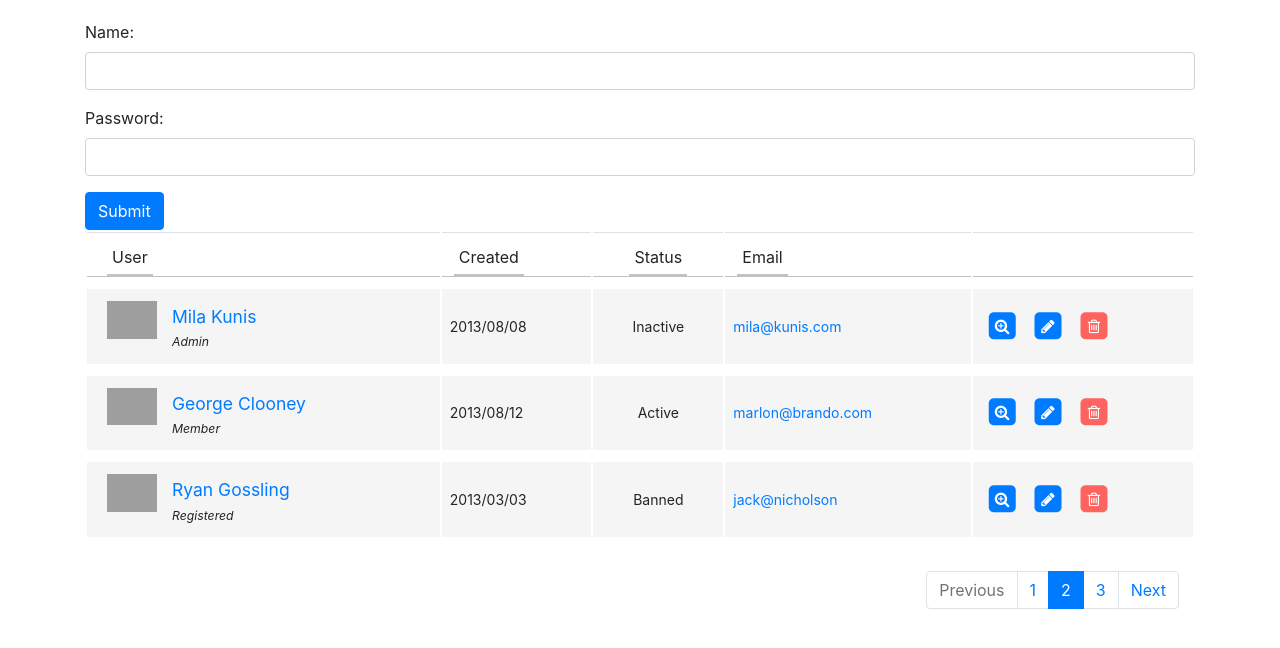
Repository: tienhoang123/Demo
Page: http://localhost/User/WEB-INF/views/home.jsp
These files come from the project's save history. The page is drawn as it stood at one moment and after the next save; the edit follows.
The browser window is 1280 px wide. The pictures show the whole page.
Pictures or frames that could not be fetched are drawn as grey boxes. Some web libraries are served in a nearby version. The page is served by Tomcat 9. Nobody is signed in. The template is opened directly, without the code that normally fills it, so the values that code supplies are empty.

Above is the page before, as saved 2019-10-14 06:42:55.
Console error: TypeError: Cannot read properties of undefined (reading 'fn')

After the next save:
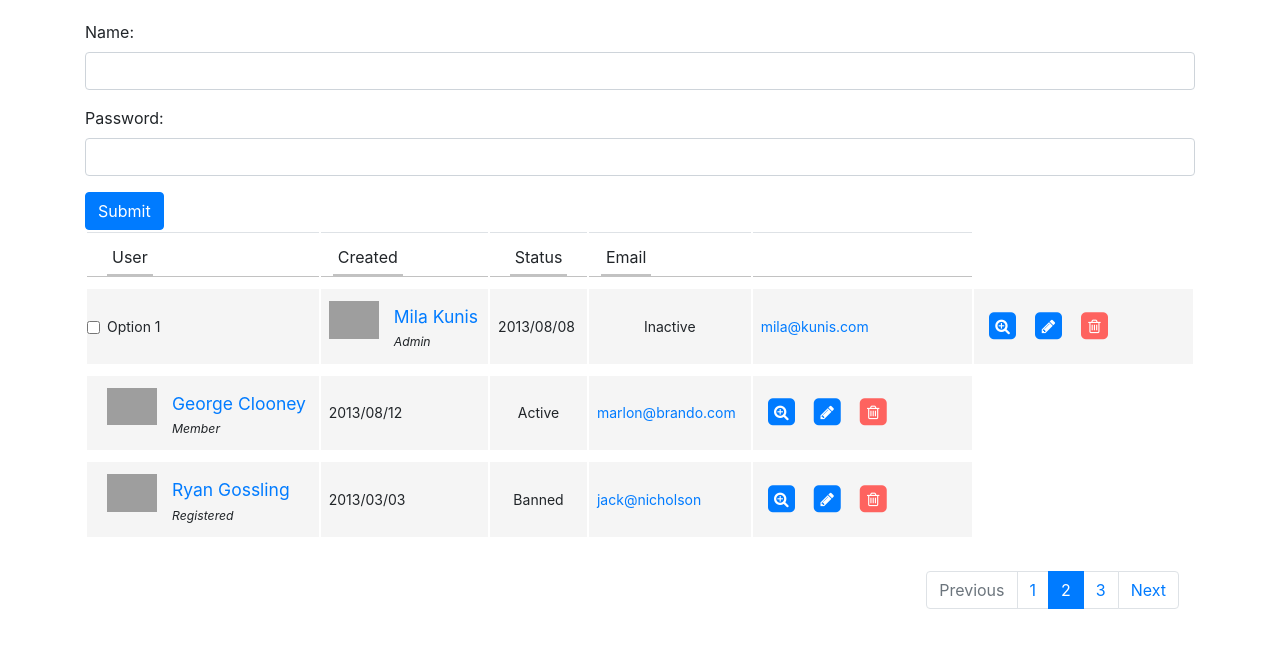
Saved 64 s later.
--- a/DemoCrud/User/src/main/webapp/WEB-INF/views/home.jsp
+++ b/DemoCrud/User/src/main/webapp/WEB-INF/views/home.jsp
@@ -45,6 +45,9 @@
 							</thead>
 							<tbody>
 								<tr>
+								<td>  <label class="form-check-label">
+    <input type="checkbox" class="form-check-input" value="">Option 1
+  </label></td>
 									<td><img
 										src="https://bootdey.com/img/Content/avatar/avatar1.png"
 										alt=""> <a href="#" class="user-link">Mila Kunis</a> <span
